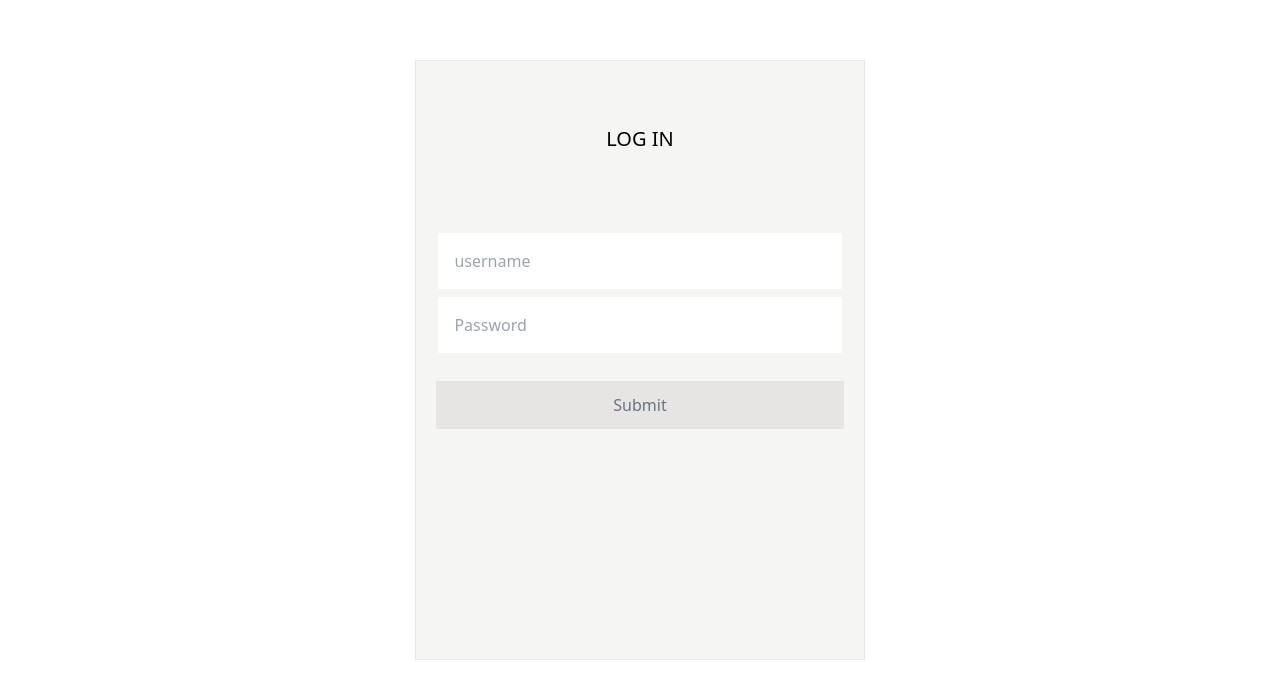
Repository: hsumyatm7308/oop-loginregister-php
Page: http://localhost/login.php
An editor plug-in stored every save of this project. The page is shown before and after the next save, followed by the edit.
The browser window is 1280 px wide. The pictures show the whole page.
Some web libraries are served in a nearby version. The page is run by PHP 8.4 with error messages shown; the project is at /var/www/html/.

Above is the page before, as saved 2023-08-01 23:37:20.

After the next save:
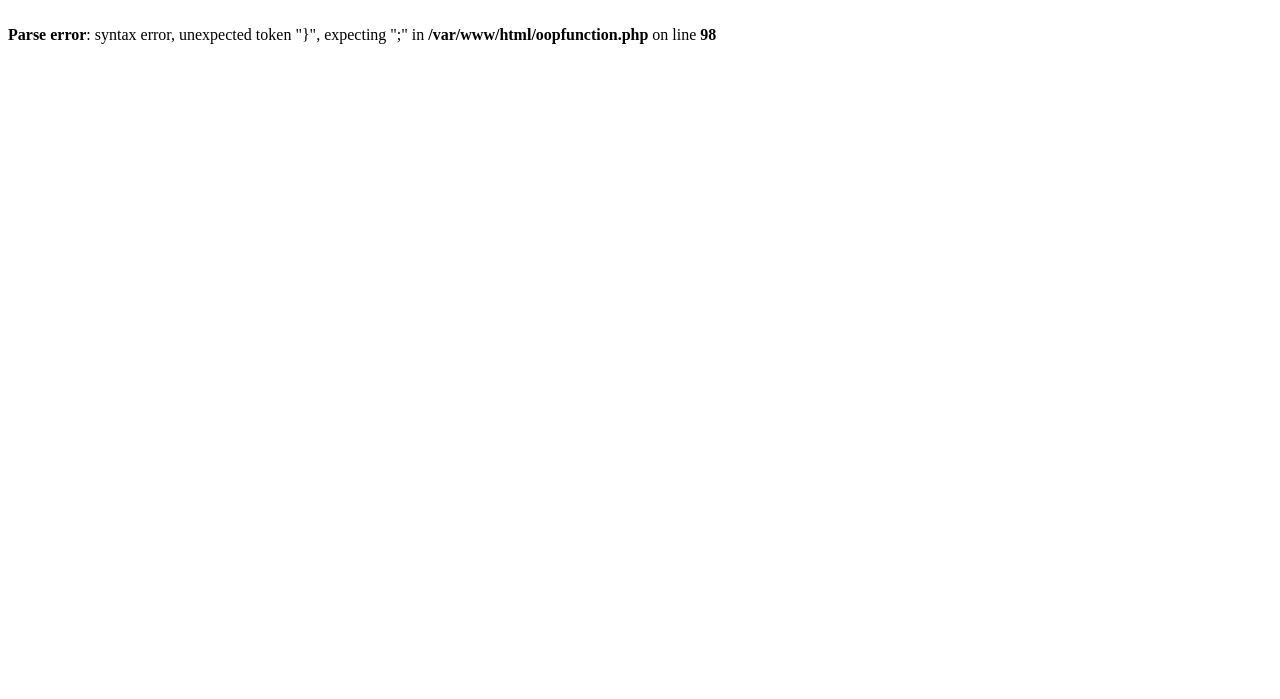
Saved 19 s later.
--- a/oopfunction.php
+++ b/oopfunction.php
@@ -94,7 +94,7 @@
                if($password === $row['password']){
 
                }else{
-
+                return
                }
                 // username and email taken
             } else {
@@ -166,12 +166,12 @@
 
     $return = $log->loginUser($username, $password);
 
-    if ($return === 20) {
+    if ($return === 10) {
         echo "<div class=''>Username and Password don't match</div>";
-    } elseif ($return === 2) {
+    } elseif ($return === 1) {
         header("Location: logout.php");
         exit();
-    } elseif ($return === 200) {
+    } elseif ($return === 100) {
         header("Location: register.php");
         exit();
     }

After the save that followed:
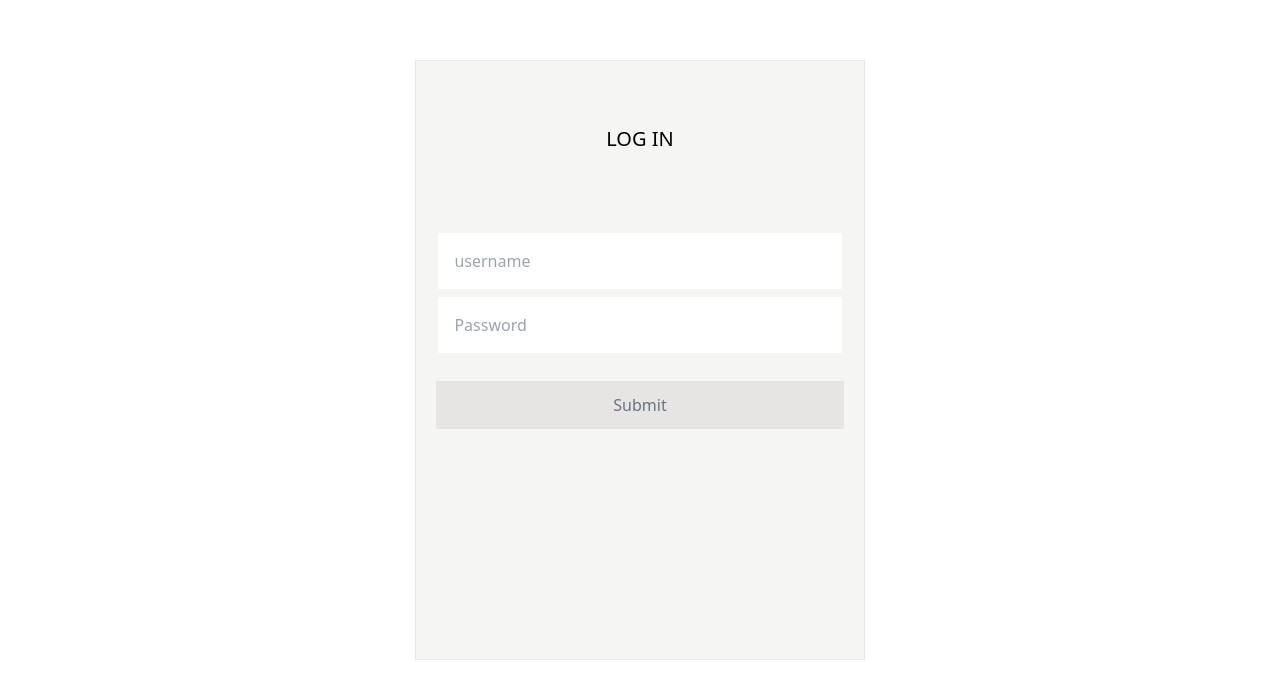
Saved 17 s later.
--- a/oopfunction.php
+++ b/oopfunction.php
@@ -94,7 +94,7 @@
                if($password === $row['password']){
 
                }else{
-                return
+                return 10;
                }
                 // username and email taken
             } else {
